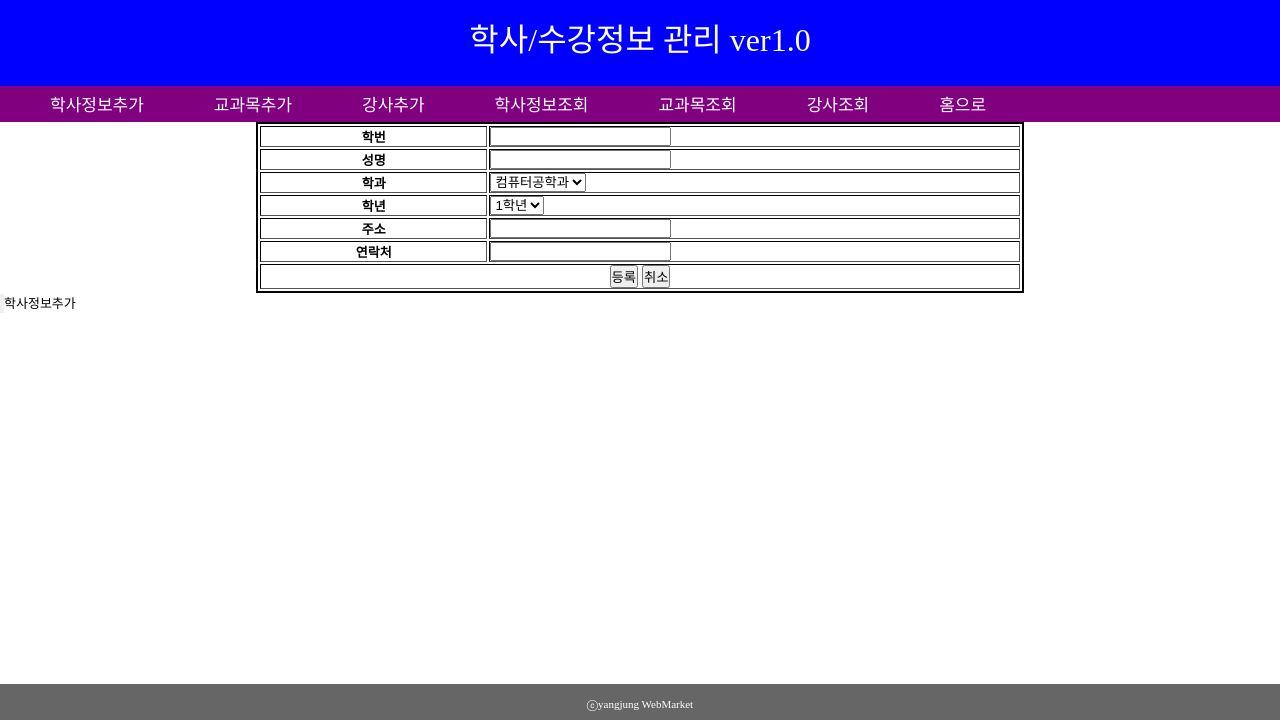
Repository: cccf777/-
Page: http://localhost/D0428/shop/hakInsert.jsp
An editor plug-in stored every save of this project. The page is shown before and after the next save, followed by the edit.
The browser window is 1280 px wide. The pictures show the whole page.
The page is served by Tomcat 9.

Above is the page before, as saved 2021-04-22 05:52:51.

### workspace/D0428/src/main/webapp/shop/hakInsert.jsp
<%@ page language="java" contentType="text/html; charset=UTF-8"
    pageEncoding="UTF-8"%>
<!DOCTYPE html>
<html>
<head>
<meta charset="UTF-8">
<title>Insert title here</title>
<script>
function check(){
	if(document.form.studno.value==""){
		alert("학번이 입력되지 않음");
		document.form.studno.focus();
	}else if(document.form.name.value==""){
		alert("이름이 입력되지 않음");
		document.form.name.focus();
	}else{
		document.form.submit();
	}
}

</script>
</head>
<body>

<%@ include file="header.jsp" %>
<%@ include file="nav.jsp" %>
<section>
<form name="form" method="post" action="hakInsertProcess.jsp">
<table border="1" id="table1">
	<tr>
		<th width="30%">학번</th>
		<td><input type="text" name="studno" id="in1" <%-- value="<%=no %>" --%>></td>
	</tr>
	<tr>
		<th width="30%">성명</th>
		<td><input type="text" name="name" id="in1"></td>
	</tr>
	<tr>
		<th width="30%">학과</th>
		<td>
		<select name="dept" id="in1">
		<option value="1" selected>컴퓨터공학과</option>
		<option value="2">경영학과</option>
		<option value="3">경제학과</option>
		</select>
		</td>
	</tr>
	<tr>
		<th width="30%">학년</th>
		<td>
		<select name="position" id="in1">
		<option value="1" selected>1학년</option>
		<option value="2">2학년</option>
		<option value="3">3학년</option>
		</select>
		</td>
	</tr>
	<tr>
		<th width="30%">주소</th>
		<td><input type="text" name="address"  id="in1"></td>
	</tr>
	<tr>
		<th width="30%">연락처</th>
		<td><input type="text" name="phone"  id="in1"></td>
	</tr>
	<tr>
		<td colspan=2 class="center">
		<input type="button" value="등록" onclick="javascript:check()">
		<input type="reset" value="취소">
		</td>
	</tr>
</table>
</form>
<input type="button">학사정보추가
</section>
<%@ include file="footer.jsp" %>
</body>
</html>

### workspace/D0428/src/main/webapp/shop/header.jsp
<%@ page language="java" contentType="text/html; charset=UTF-8"
    pageEncoding="UTF-8"%>
<!DOCTYPE html>
<html>
<head>
<meta charset="UTF-8">
<title>Insert title here</title>
<link rel="stylesheet" href="common.css">
</head>
<body>
<header>학사/수강정보 관리 ver1.0

</header>
</body>
</html>

### workspace/D0428/src/main/webapp/shop/nav.jsp
<%@ page language="java" contentType="text/html; charset=UTF-8"
    pageEncoding="UTF-8"%>
<!DOCTYPE html>
<html>
<head>
<meta charset="UTF-8">
<title>Insert title here</title>
<link rel="stylesheet" href="common.css">
</head>
<body>
<nav>
	<ul>
		<li><a href="hakInsert.jsp">학사정보추가</a></li>
		<li><a href="subinsert.jsp">교과목추가</a></li>
		<li><a href="teacherInsert.jsp">강사추가</a></li>
		<li><a href="studentSelect.jsp">학사정보조회</a></li>
		<li><a href="subSelect.jsp">교과목조회</a></li>
		<li><a href="teacherSelect.jsp">강사조회</a></li>
		<li><a href="index.jsp">홈으로</a></li>
	</ul>
</nav>
</body>
</html>

### workspace/D0428/src/main/webapp/shop/footer.jsp
<%@ page language="java" contentType="text/html; charset=UTF-8"
    pageEncoding="UTF-8"%>
<!DOCTYPE html>
<html>
<head>
<meta charset="UTF-8">
<title>Insert title here</title>
<link rel="stylesheet" href="common.css">
</head>
<body>
<footer>
ⓒyangjung WebMarket
</footer>
</body>
</html>

### workspace/D0428/src/main/webapp/shop/common.css
@charset "UTF-8";
header{
	height:12%;
	background:#0000ff;
	color:#ffffff;
	text-align:center;
	line-height:80px;
	font-size:2em;
}

footer{
	height:5%;
	background:#666;
	color:#fff;
	text-align:center;
	line-height:40px;
	font-size:11px;
}
nav{
	height:5%;
	line-height:40px;
	background:purple;
	text-align:left;
}
nav ul{
	display:inline-block;
	list-style-type:none;
}
nav li{
	float:left;
	margin: 0 0 0 30px;
}
nav a{
	display:block;
	color:#ffffff;
	font-size:17px;
	text-decoration:none;
	padding:0 20px;
}

section{
	height:78%;
	width:100%;
	margin:0 auto;
	font-size:13px;
}
*{
	margin:0;
	padding:0;
}
html,body{
	height:100%;
	width:100%;
}

section table{
	width:70%;
	height:50%;
	margin:0 auto;
	border:2px solid black;
}
#table1{
	width:60%;
	height:50%;
	margin:0 auto;
	border:2px solid black;
}
#h3{
	text-align:center;
	padding:0.5% 0;
}
.center{
	text-align: center;
	font-size:1.2em;
}
#id1{
	height:30px;
	width:60%;
}
#t1{
	margin-left:25%;
}

After the next save:
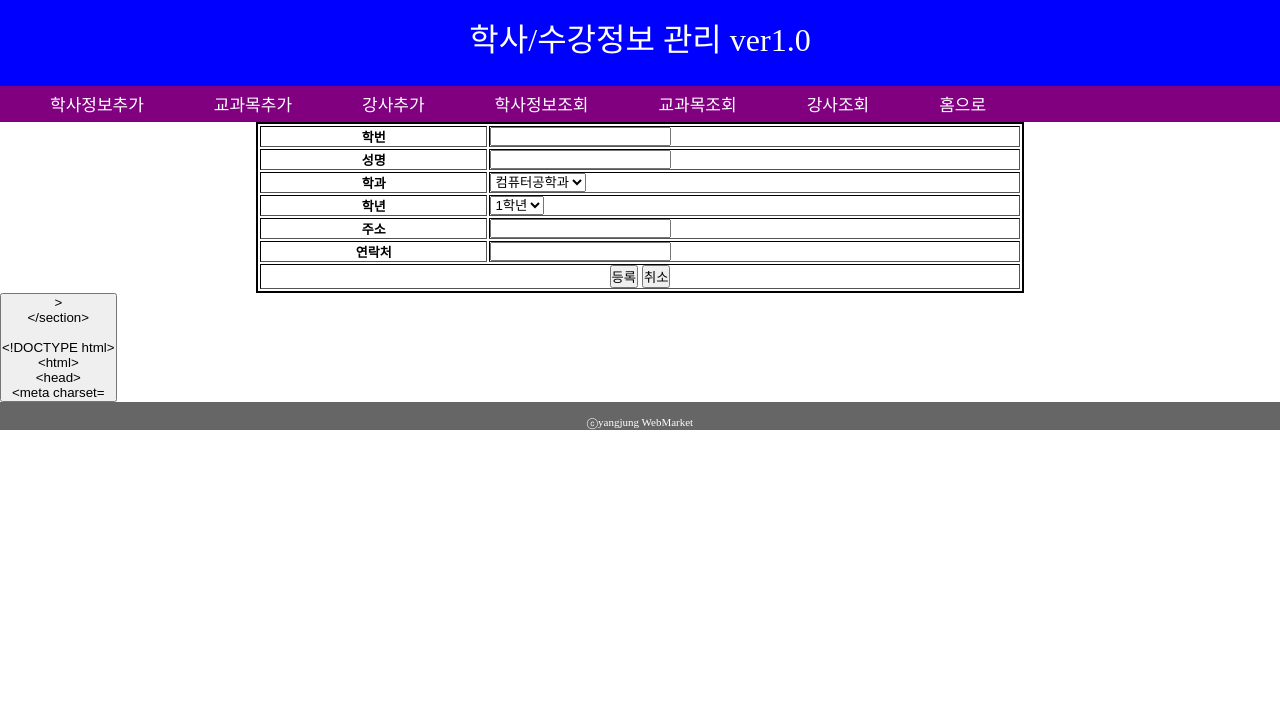
Saved 12 s later.
--- a/workspace/D0428/src/main/webapp/shop/hakInsert.jsp
+++ b/workspace/D0428/src/main/webapp/shop/hakInsert.jsp
@@ -71,7 +71,7 @@
 	</tr>
 </table>
 </form>
-<input type="button">학사정보추가
+<input type="button" value=">
 </section>
 <%@ include file="footer.jsp" %>
 </body>

After the save that followed:
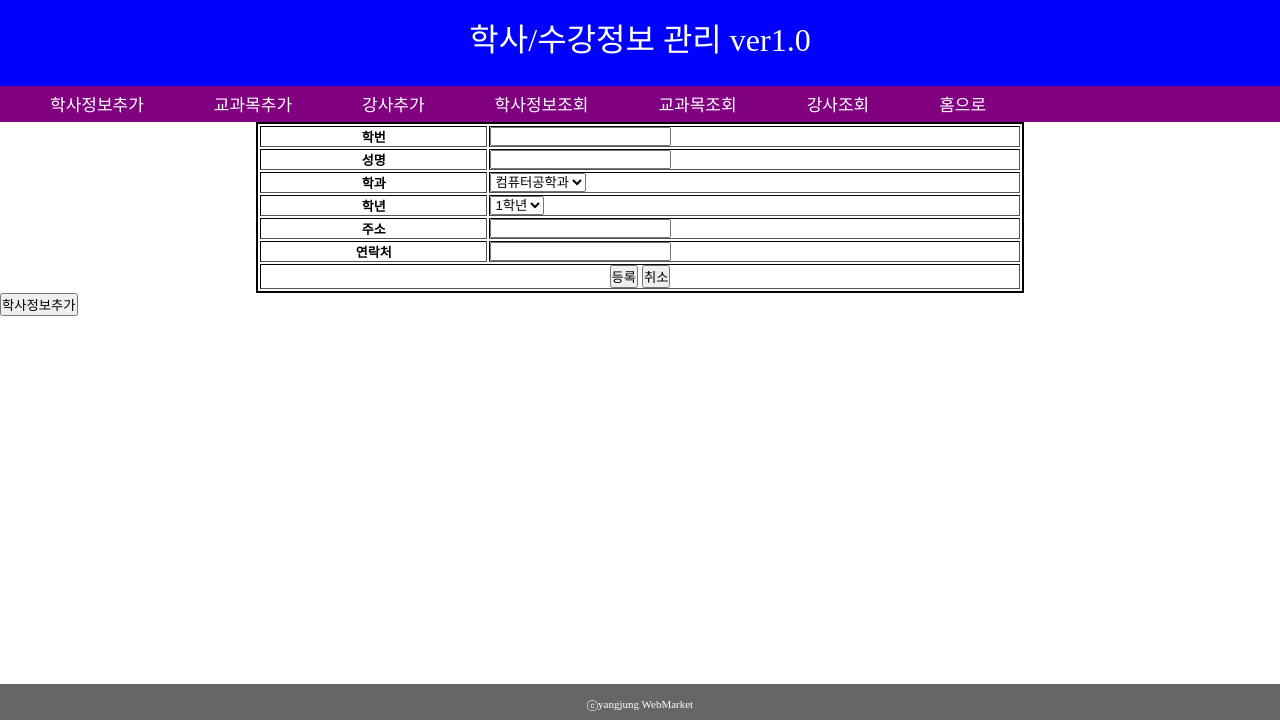
Saved 2 s later.
--- a/workspace/D0428/src/main/webapp/shop/hakInsert.jsp
+++ b/workspace/D0428/src/main/webapp/shop/hakInsert.jsp
@@ -71,7 +71,7 @@
 	</tr>
 </table>
 </form>
-<input type="button" value=">
+<input type="button" value="학사정보추가">
 </section>
 <%@ include file="footer.jsp" %>
 </body>
